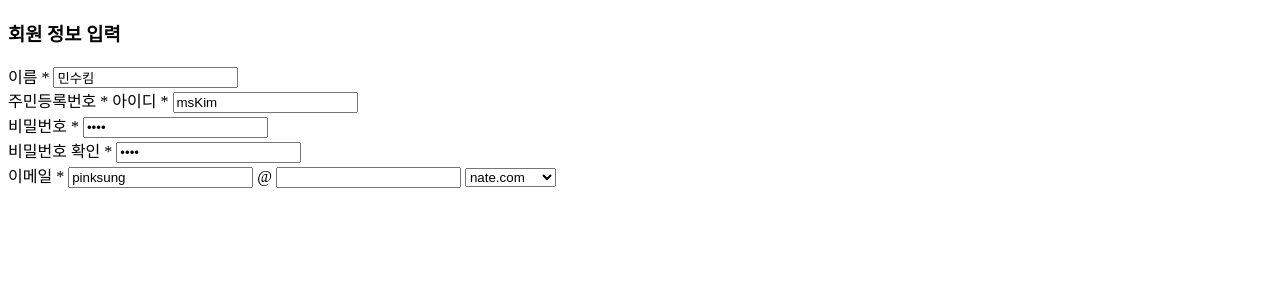
Repository: angwanghyeon/eclipse
Page: http://localhost/sec06/04_addMemberForm.jsp
The author's editor kept a copy of each file at every save. The page is drawn from the files as they stood at one save, then again after the next save.
The browser window is 1280 px wide. The pictures show the whole page.
The page is served by Tomcat 9. Other server files are loaded and not shown.

Above is the page before, as saved 2023-09-01 02:03:59.

### sec06/src/main/webapp/04_addMemberForm.jsp
<%@ page language="java" contentType="text/html; charset=UTF-8"
    pageEncoding="UTF-8"%>
<!DOCTYPE html>
<html>
<head>
<meta charset="UTF-8">
<title>회원가입</title>
</head>
<body>
<h3>회원 정보 입력</h3>
<form name="joinfrm" id="reg_frm" method="post" action="02_addMember.jsp">
		<label for="name">이름</label><span> * </span>
		<input type="text"	name="name" id="name" value="민수킴"><br>
		<label for="pers">주민등록번호</label><span> * </span>
		<label for="id">아이디</label><span> * </span>
		<input type="text" id="id" name="id" value="msKim"><br> <label for="pwd">비밀번호</label><span>	* </span>
		<input type="password" id="pwd" name="pwd" value="1234"><br>

		<label for="pwd_ch">비밀번호 확인</label><span> * </span>
		<input type="password" id="pwd_ch" name="pwd_ch" value="1234"><br>

		<label for="email">이메일 </label> <span> * </span>
		<input type="text" name="email" value="pinksung"> @
		<input type="text" name="email_dns" value="">
		<select name="emailaddr">
			<option value="daum.net">daum.net</option>
			<option value="empal.com">empal.com</option>
			<option value="gmail.com">gmail.com</option>
			<option value="hanmail.net">hanmail.net</option>
			<option value="msn.com">msn.com</option>
			<option value="naver.com">naver.com</option>
			<option value="nate.com" selected="selected">nate.com</option></select><br>
</form>
</body>
</html>

After the next save:
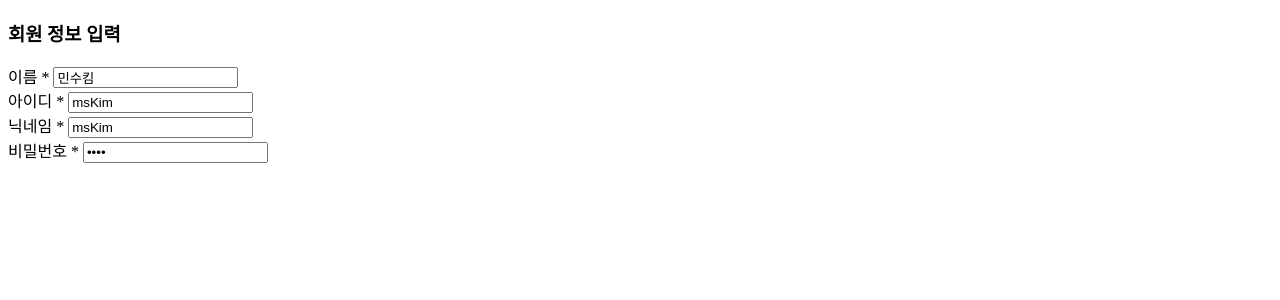
Saved 56 s later.
--- a/sec06/src/main/webapp/04_addMemberForm.jsp
+++ b/sec06/src/main/webapp/04_addMemberForm.jsp
@@ -11,25 +11,17 @@
 <form name="joinfrm" id="reg_frm" method="post" action="02_addMember.jsp">
 		<label for="name">이름</label><span> * </span>
 		<input type="text"	name="name" id="name" value="민수킴"><br>
-		<label for="pers">주민등록번호</label><span> * </span>
+
 		<label for="id">아이디</label><span> * </span>
-		<input type="text" id="id" name="id" value="msKim"><br> <label for="pwd">비밀번호</label><span>	* </span>
+		<input type="text" id="id" name="id" value="msKim"><br>
+
+		<label for="id">닉네임</label><span> * </span>
+		<input type="text" id="id" name="id" value="msKim"><br>
+
+		<label for="pwd">비밀번호</label><span>	* </span>
 		<input type="password" id="pwd" name="pwd" value="1234"><br>
 
-		<label for="pwd_ch">비밀번호 확인</label><span> * </span>
-		<input type="password" id="pwd_ch" name="pwd_ch" value="1234"><br>
 
-		<label for="email">이메일 </label> <span> * </span>
-		<input type="text" name="email" value="pinksung"> @
-		<input type="text" name="email_dns" value="">
-		<select name="emailaddr">
-			<option value="daum.net">daum.net</option>
-			<option value="empal.com">empal.com</option>
-			<option value="gmail.com">gmail.com</option>
-			<option value="hanmail.net">hanmail.net</option>
-			<option value="msn.com">msn.com</option>
-			<option value="naver.com">naver.com</option>
-			<option value="nate.com" selected="selected">nate.com</option></select><br>
 </form>
 </body>
 </html>
